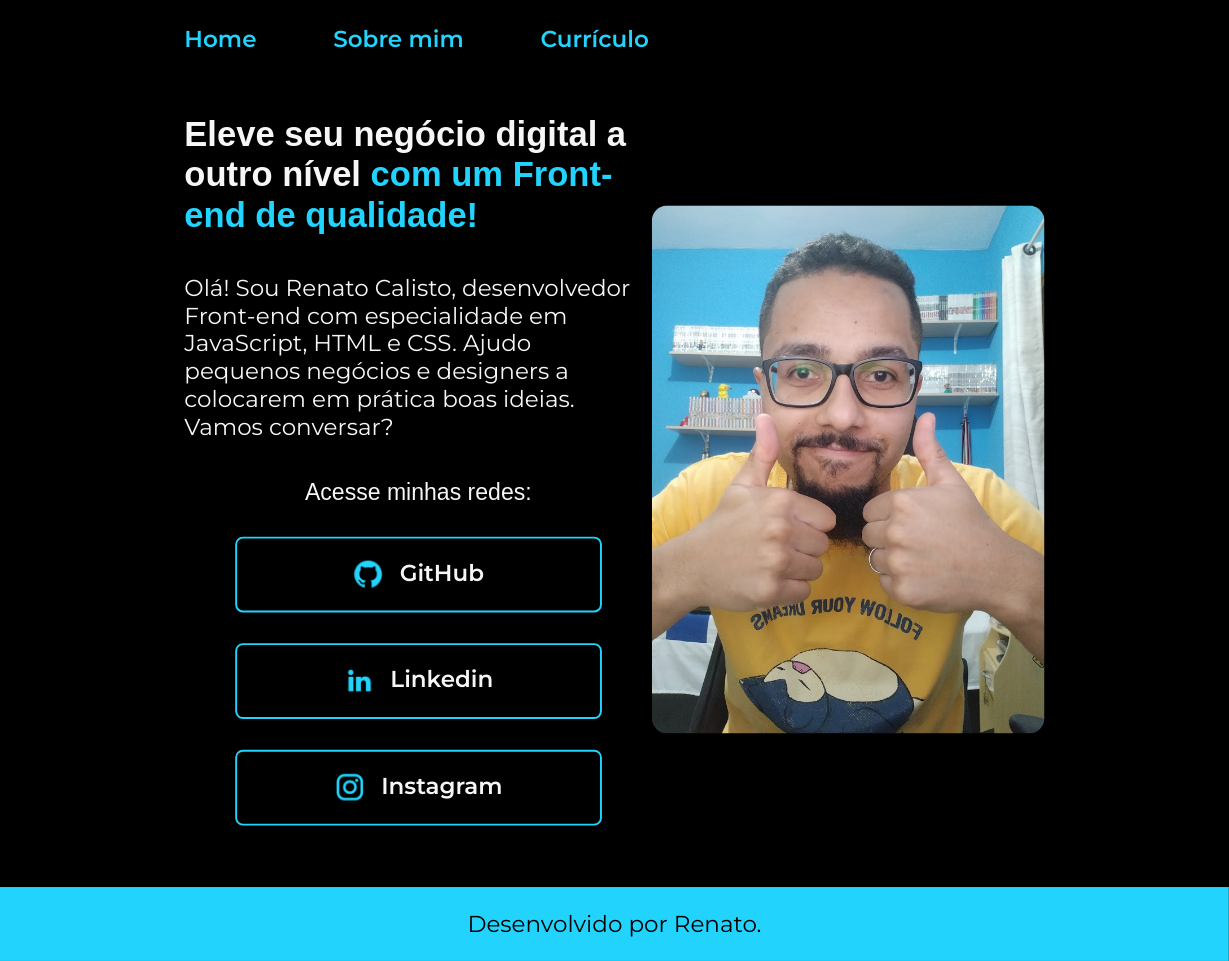
Repository: RenatoCCS/Portfolio_Alura
Page: index.html
The author's editor kept a copy of each file at every save. The page is drawn from the files as they stood at one save, then again after the next save.
The browser window is 1280 px wide. The pictures show the whole page, at 96% of full size.
Some web fonts or font styles are not loaded; a fallback is used.

Above is the page before, as saved 2023-03-13 20:26:18.

### index.html
<!DOCTYPE html>
<html lang="pt-br">
  <head>
    <meta charset="UTF-8" />
    <meta http-equiv="X-UA-Compatible" content="IE=edge" />
    <meta name="viewport" content="width=device-width, initial-scale=1.0" />
    <title>Portfolio</title>
    <link rel="stylesheet" href="./styles/style.css" />
  </head>
  <body>
    <header class="cabecalho">
      <nav class="cabecalho__menu">
        <a class="cabecalho__menu__link" href="index.html">Home</a>
        <a class="cabecalho__menu__link" href="about.html">Sobre mim</a>
        <a class="cabecalho__menu__link" href="curriculo.html">Currículo</a>
      </nav>
    </header>
    <main class="apresentacao">
      <section class="apresentacao__conteudo">
        <h1 class="apresentacao__conteudo__titulo">
          Eleve seu negócio digital a outro nível
          <strong class="titulo-destaque">
            com um Front-end de qualidade!
          </strong>
        </h1>
        <p class="apresentacao__conteudo__texto">
          Olá! Sou Renato Calisto, desenvolvedor Front-end com especialidade em
          JavaScript, HTML e CSS. Ajudo pequenos negócios e designers a
          colocarem em prática boas ideias. Vamos conversar?
        </p>
        <div class="apresentacao__links">
          <h2 class="apresentacao__links__subtitulo">Acesse minhas redes:</h2>

          <a
            class="apresentacao__links__navegacao"
            href="https://github.com/RenatoCCS"
          >
            <img src="./assets/github.png" alt="Icone do github" />
            GitHub
          </a>

          <a
            class="apresentacao__links__navegacao"
            href="https://www.linkedin.com/in/renatocalisto/"
          >
            <img src="./assets/linkedin.png" alt="Icone do linkedin" />
            Linkedin
          </a>

          <a
            class="apresentacao__links__navegacao"
            href="https://www.instagram.com/reevoltz/"
          >
            <img src="./assets/instagram.png" alt="Icone do instagram" />
            Instagram
          </a>
        </div>
      </section>
      <img
        class="apresentacao__imagem"
        src="./assets/renato.jpg"
        alt="Renato fazendo sinal de positivo com ambas as mãos"
      />
    </main>
    <footer class="rodape"><p>Desenvolvido por Renato.</p></footer>
  </body>
</html>

### styles/style.css
@import url('https://fonts.googleapis.com/css2?family=Krona+One&family=Montserrat:wght@400;600&display=swap');

:root {
  --cor-primaria: #000000;
  --cor-secundaria: #f6f6f6;
  --cor-terciaria: #22d4fd;
  --cor-hover: #272727;

  --fonte-primaria: 'Krona One', sans-serif;
  --fonte-secundaria: 'Montserrat', sans-serif;
}

* {
  margin: 0;
  padding: 0;
}

body {
  /* height: 100vh; */
  box-sizing: border-box;
  background-color: var(--cor-primaria);
  color: var(--cor-secundaria);
}

.cabecalho {
  padding: 2% 0% 0% 15%;
}

.cabecalho__menu {
  display: flex;
  gap: 80px;
}

.cabecalho__menu__link {
  font-family: var(--fonte-secundaria);
  font-size: 1.5rem;
  font-weight: 600;
  color: var(--cor-terciaria);
  text-decoration: none;
}

.apresentacao {
  padding: 5% 15%;
  display: flex;
  align-items: center;
  justify-content: space-between;
}

.apresentacao__conteudo {
  width: 615px;
  display: flex;
  flex-direction: column;
  gap: 40px;
}

.apresentacao__conteudo__titulo {
  font-size: 2.25rem;
  font-family: var(--fonte-primaria);
}

.titulo-destaque {
  color: var(--cor-terciaria);
}

.apresentacao__conteudo__texto {
  font-size: 1.5rem;
  font-family: var(--fonte-secundaria);
}

.apresentacao__conteudo__texto a {
  text-decoration: none;
  color: var(--cor-terciaria);
}

.apresentacao__links {
  display: flex;
  flex-direction: column;
  justify-content: space-between;
  align-items: center;
  gap: 32px;
}

.apresentacao__links__subtitulo {
  font-family: var(--fonte-primaria);
  font-weight: 400;
  font-size: 24px;
}

.apresentacao__links__navegacao {
  /* background-color: #22d4fd; foi trocado o estilo*/
  display: flex;
  justify-content: center;
  gap: 16px;
  border: 2px solid var(--cor-terciaria);
  width: 378px;
  text-align: center;
  border-radius: 8px;
  font-size: 1.5rem;
  font-weight: 600;
  padding: 21.5px 0;
  text-decoration: none;
  color: var(--cor-secundaria);
  font-family: var(--fonte-secundaria);
}

.apresentacao__links__navegacao:hover {
  background-color: var(--cor-hover);
}

/*Utilizei minha foto e fui adaptando de acordo com o tamanho da outra foto*/
.apresentacao__imagem {
  height: 550px;
  width: 50%;
  left: 1032px;
  top: 253px;
  border-radius: 16px;
}

.rodape {
  padding: 24px;
  color: var(--cor-primaria);
  background-color: var(--cor-terciaria);
  text-align: center;
  font-family: var(--fonte-secundaria);
  font-size: 1.5rem;
  font-weight: 400;
}

After the next save:
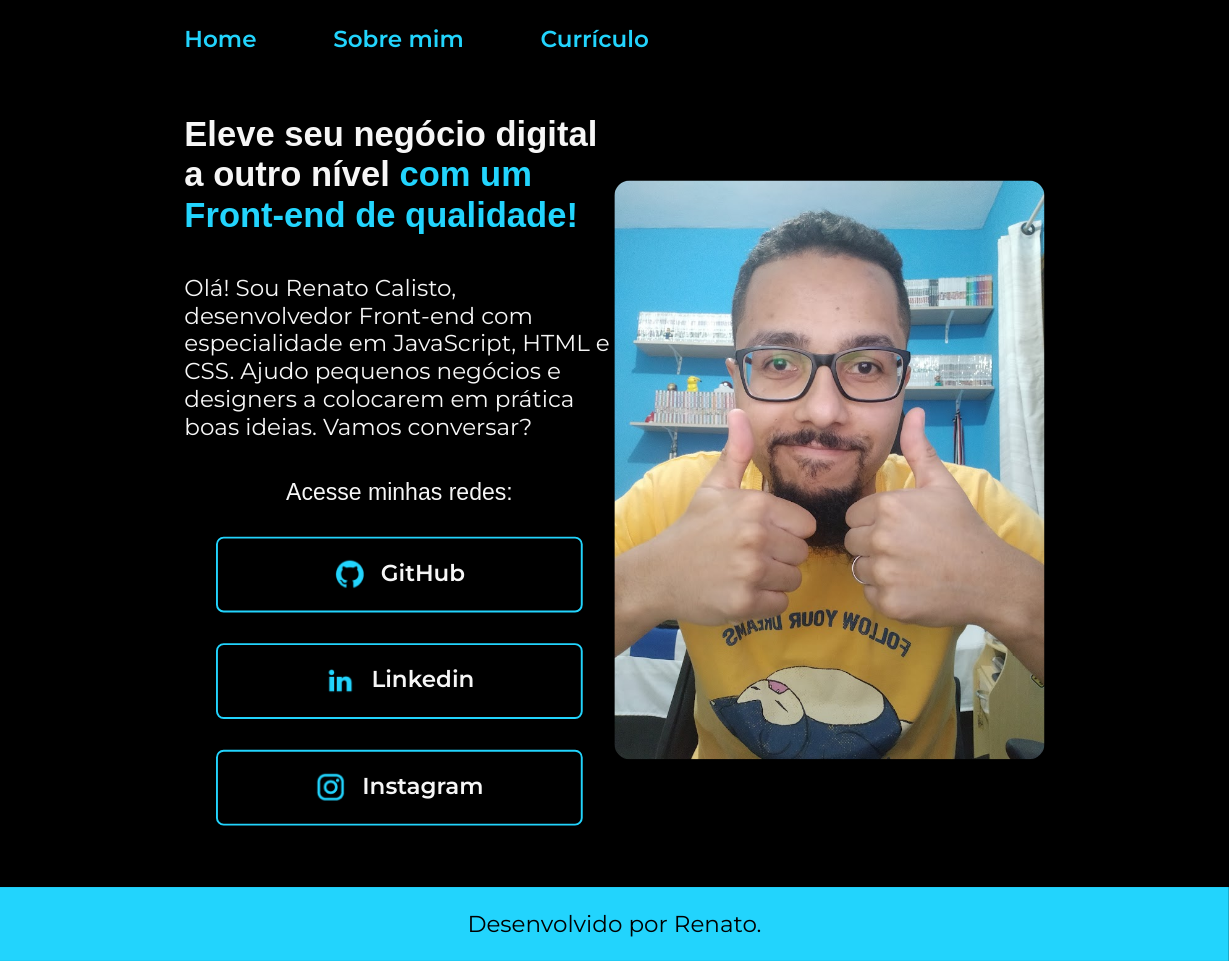
Saved 15 s later.
--- a/styles/style.css
+++ b/styles/style.css
@@ -109,7 +109,6 @@
 
 /*Utilizei minha foto e fui adaptando de acordo com o tamanho da outra foto*/
 .apresentacao__imagem {
-  height: 550px;
   width: 50%;
   left: 1032px;
   top: 253px;

After the 2 saves that followed:
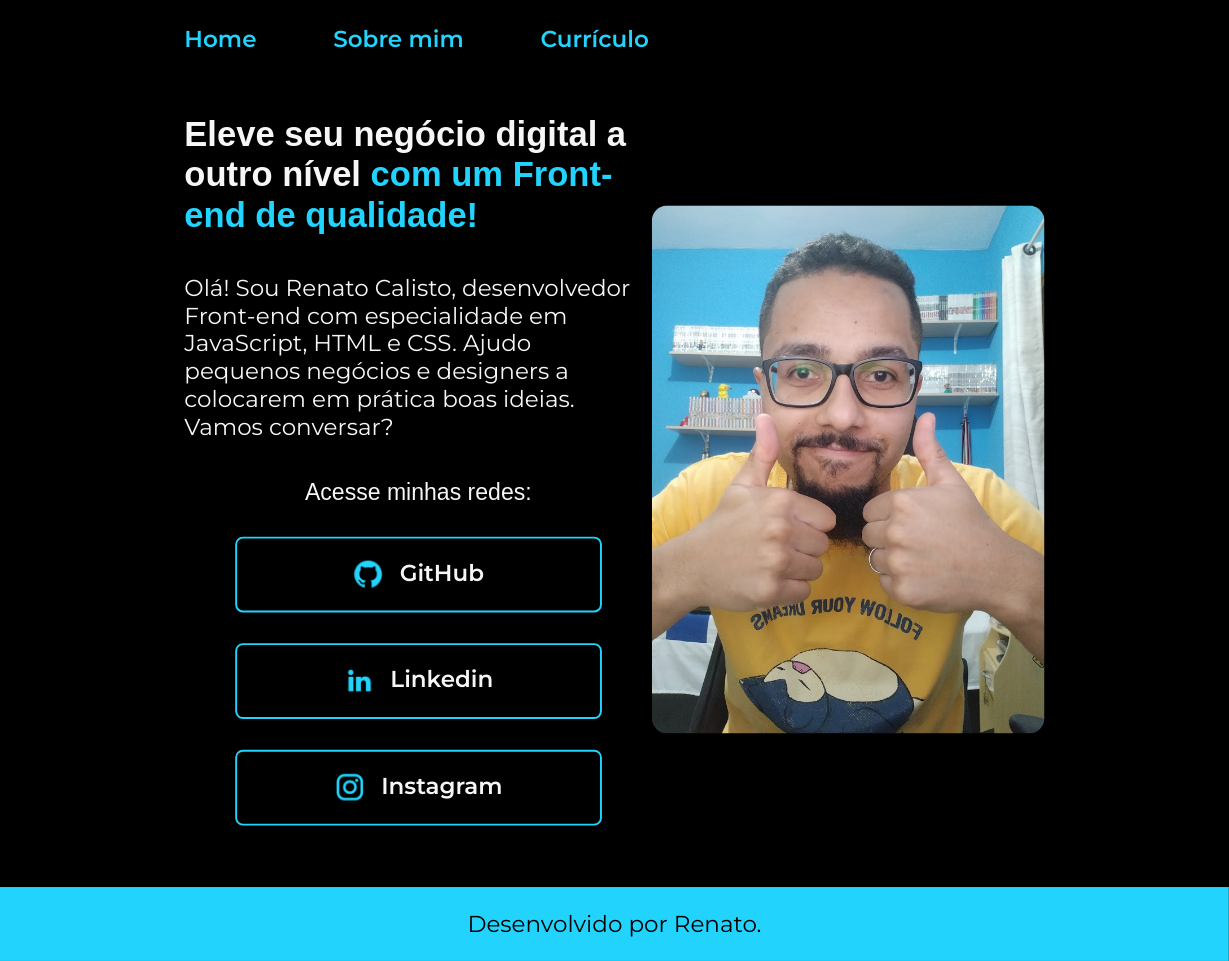
The 2 saves are shown as one change because 1 left the picture as it was.
The last was saved 82 s later.
--- a/styles/style.css
+++ b/styles/style.css
@@ -109,7 +109,8 @@
 
 /*Utilizei minha foto e fui adaptando de acordo com o tamanho da outra foto*/
 .apresentacao__imagem {
-  width: 50%;
+  height: 550px;
+  width: 490px;
   left: 1032px;
   top: 253px;
   border-radius: 16px;
